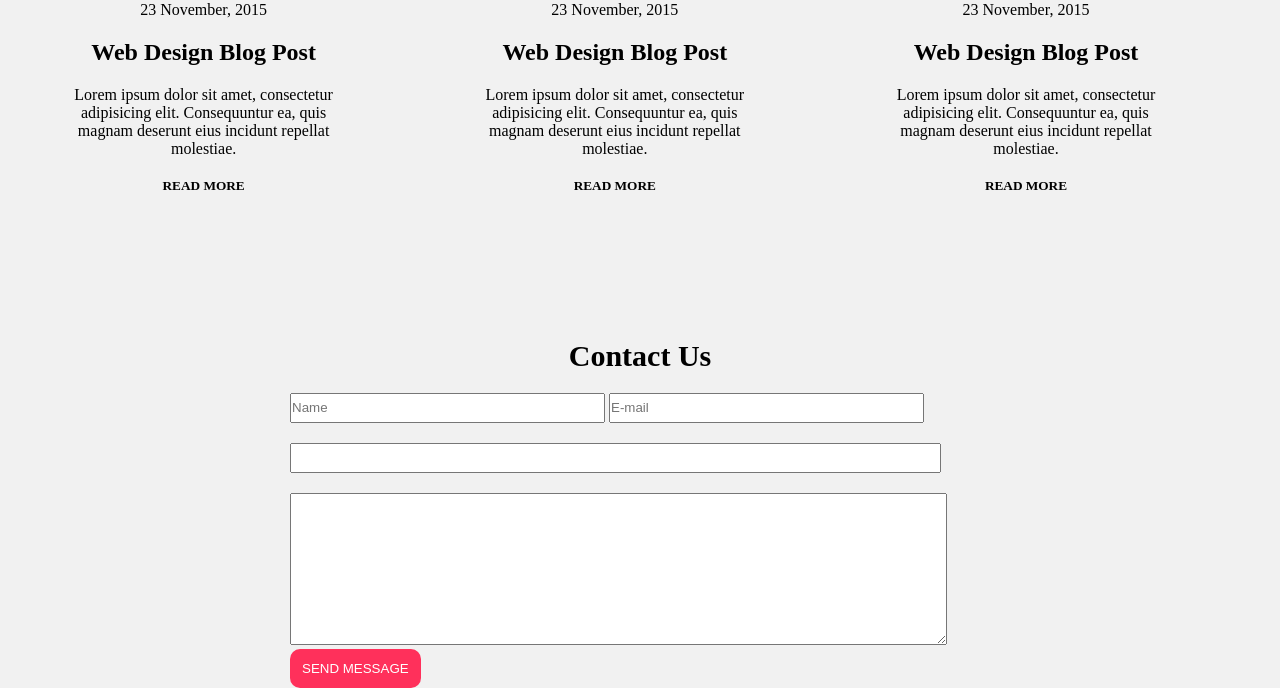
Repository: Ahmedalid/New-project
Page: Rout/index.html
An editor plug-in stored every save of this project. The page is shown before and after the next save, followed by the edit.
The browser window is 1280 px wide. The pictures show the part of the page from y = 3461 to 4169 px (the page is 4149 px tall before and 4169 px after).
A picture or video elsewhere on the page could not be fetched, so the positions and the page height are approximate.

Above is the page before, as saved 2023-05-24 19:54:50.

After the next save:
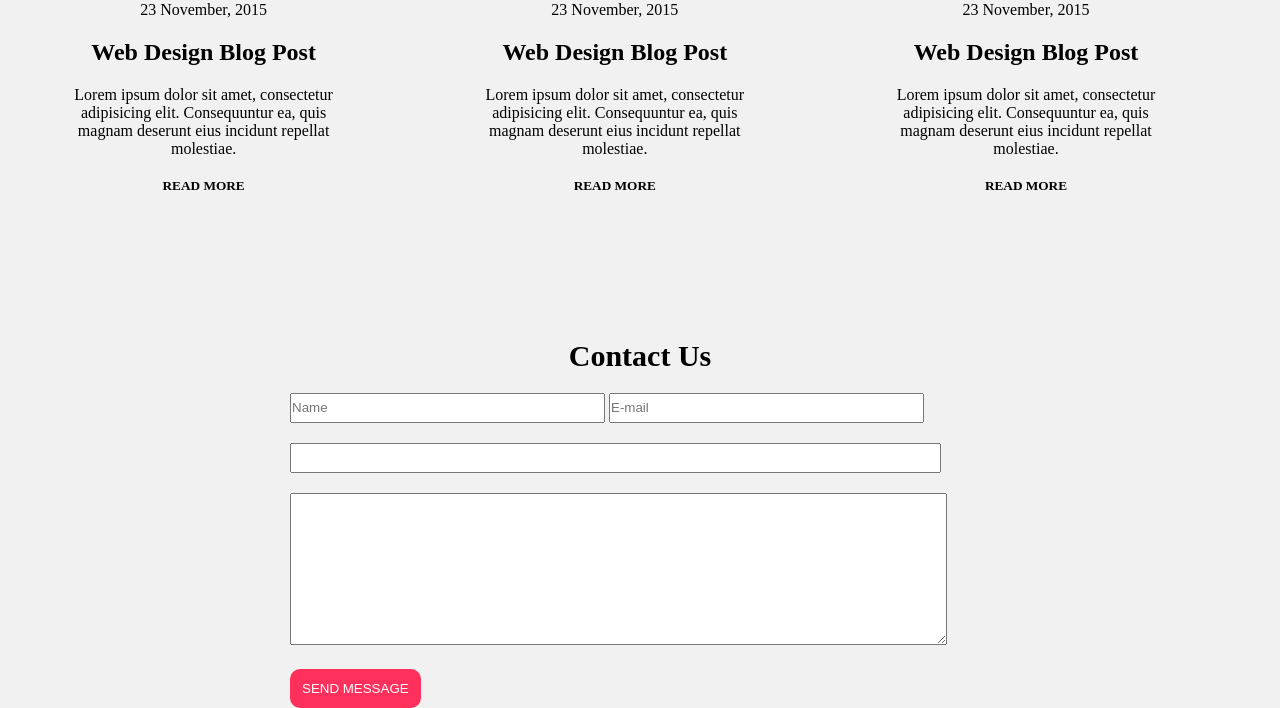
Saved 11 s later.
--- a/Rout/index.html
+++ b/Rout/index.html
@@ -244,7 +244,7 @@
                 <input type="text" name="" id="" placeholder="E-mail" class="w-5 input-l h-input">
                 <input type="text" class="w-10 mt h-input" name="" id="">
                 <textarea name="" class="mt" id="" cols="80" rows="10"></textarea>
-                <button class="btn">SEND MESSAGE</button>
+                <button class="btn mt">SEND MESSAGE</button>
                 </div>
             </div>
         </section>
